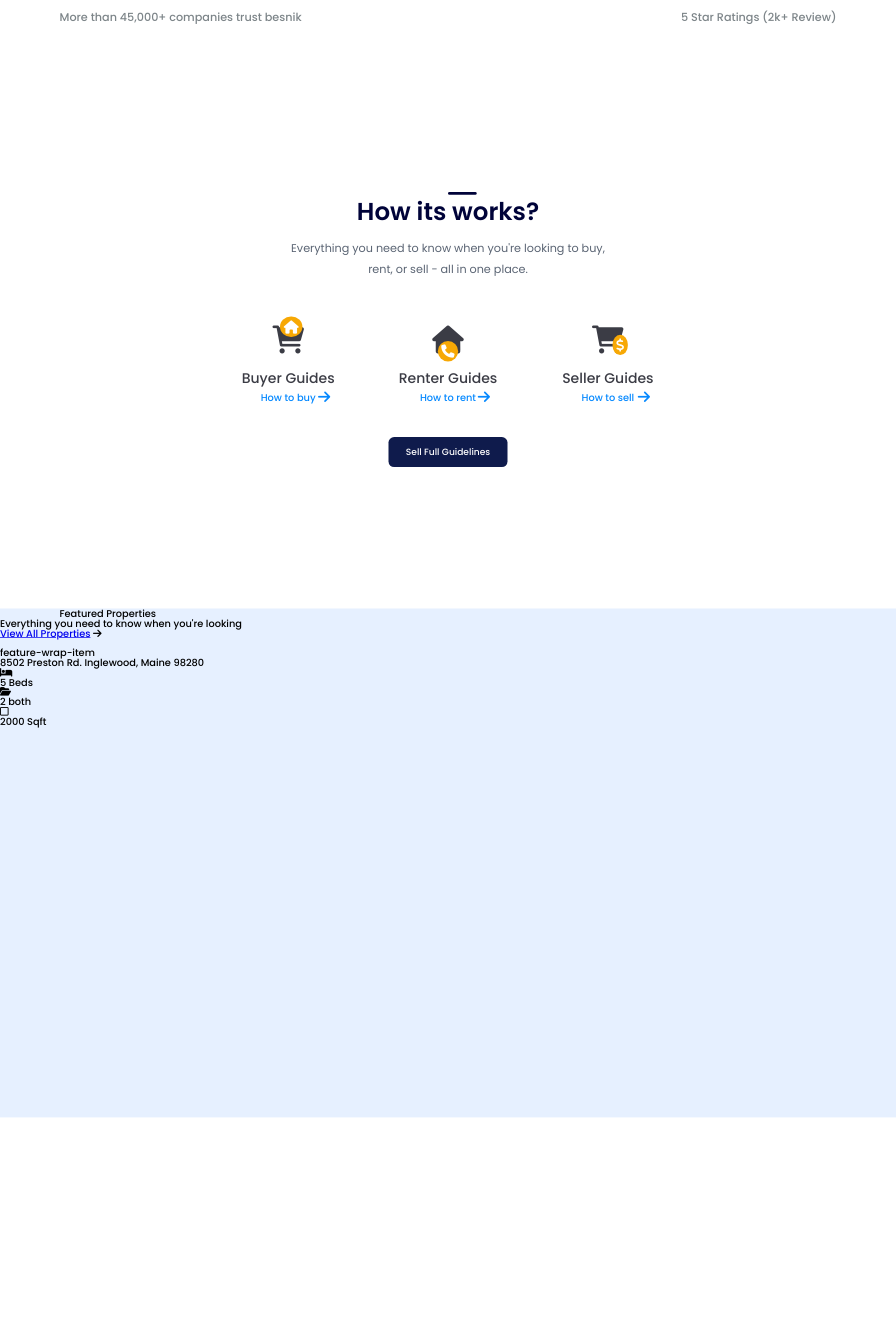
Repository: kauittt/f8-htmlcss-01
Page: index.html
These files come from the project's save history. The page is drawn as it stood at one moment and after the next save; the edit follows.
The browser window is 1280 px wide. The pictures show the part of the page from y = 886 to 2806 px (the page is 2911 px tall), at 70% of full size.

Above is the page before, as saved 2023-01-01 10:27:10.

### index.html
<!DOCTYPE html>
<html lang="en">
    <head>
        <meta charset="UTF-8" />
        <meta http-equiv="X-UA-Compatible" content="IE=edge" />
        <meta name="viewport" content="width=device-width, initial-scale=1.0" />
        <title>F8-PROJECT-01</title>
        <link rel="preconnect" href="https://cdnjs.cloudflare.com" />
        <link
            rel="stylesheet"
            href="https://cdnjs.cloudflare.com/ajax/libs/font-awesome/6.2.1/css/all.min.css"
        />
        <link rel="stylesheet" href="./assets/css/reset.css" />
        <link rel="stylesheet" href="./assets/fonts/stylesheet.css" />
        <link rel="stylesheet" href="./assets/css/styles.css" />
    </head>
    <body>
        <header id="header" class="colored">
            <div class="content">
                <div class="header-nav">
                    <p class="logo">Bensnik.</p>
                    <ul class="header-nav-list">
                        <li class="header-nav-list__item">Home</li>
                        <li class="header-nav-list__item">Features</li>
                        <li class="header-nav-list__item">Services</li>
                        <li class="header-nav-list__item">Resources</li>
                        <li class="header-nav-list__item">Contact</li>
                    </ul>

                    <div class="header-nav-account">
                        <p class="header-nav-account__general">Sign in</p>
                        <p class="header-nav-account__general btn">Sign up</p>
                    </div>
                </div>

                <div class="header-about">
                    <p class="header-about__welcome">
                        Welcome to Bensnik Agency
                    </p>
                    <h1 class="header-about__heading">
                        Discover a place you'll love to live
                    </h1>
                    <p class="header-about__desc">
                        Get the best real estate deals first, before they hit
                        the mass market! hot foreclosure deals with one simple
                        search
                    </p>
                    <p class="header-about__link btn">More About Us</p>
                </div>
            </div>
        </header>

        <div id="client">
            <div class="content">
                <div class="client-infor">
                    <p class="logo">Bensnik.</p>
                    <div class="client-infor-wrap">
                        <i class="fa-solid fa-star client-infor-wrap__item"></i>
                        <i class="fa-solid fa-star client-infor-wrap__item"></i>
                        <i class="fa-solid fa-star client-infor-wrap__item"></i>
                        <i class="fa-solid fa-star client-infor-wrap__item"></i>
                        <i class="fa-solid fa-star client-infor-wrap__item"></i>
                    </div>
                </div>
                <div class="client-infor">
                    <p class="client-infor__text">
                        More than 45,000+ companies trust besnik
                    </p>
                    <p class="client-infor__text">
                        5 Star Ratings (2k+ Review)
                    </p>
                </div>

                <div class="client-logo">
                    <img src="" alt="" />
                </div>
            </div>
        </div>

        <div id="desc">
            <div class="small-content desc-wrap">
                <div class="desc-heading">
                    <h2 class="desc-heading__title">How its works?</h2>
                    <p class="desc-heading__text">
                        Everything you need to know when you're looking to buy,
                        rent, or sell - all in one place.
                    </p>
                </div>

                <div class="desc-guide">
                    <div class="desc-guide-item">
                        <i
                            class="desc-guide-item__icon fa-solid fa-cart-shopping"
                        >
                        </i>
                        <i
                            class="desc-guide-item__childIcon desc-guide-item__childIcon--topCenter fa-solid fa-house"
                        ></i>
                        <p class="desc-guide-item__name">Buyer Guides</p>
                        <p class="desc-guide-item__instruc">
                            How to buy
                            <i
                                class="desc-guide-item__instruc__icon fa-solid fa-arrow-right"
                            ></i>
                        </p>
                    </div>
                    <div class="desc-guide-item">
                        <i
                            class="desc-guide-item__icon fa-solid fa-house"
                        ></i>
                        <i class="desc-guide-item__childIcon desc-guide-item__childIcon--bottomCenter fa-solid fa-phone"></i>
                        </i>
                        <p class="desc-guide-item__name">Renter Guides</p>
                        <p class="desc-guide-item__instruc">
                            How to rent
                            <i
                                class="desc-guide-item__instruc__icon fa-solid fa-arrow-right"
                            ></i>
                        </p>
                    </div>
                    <div class="desc-guide-item">
                        <i
                            class="desc-guide-item__icon fa-solid fa-cart-shopping"
                        >
                        </i>
                        <i class="desc-guide-item__childIcon item__childIcon--bottomRight fa-solid fa-dollar-sign"></i>

                        <p class="desc-guide-item__name">Seller Guides</p>
                        <p class="desc-guide-item__instruc">
                            How to sell
                            <i
                                class="desc-guide-item__instruc__icon fa-solid fa-arrow-right"
                            ></i>
                        </p>
                    </div>
                </div>

                <p class="desc__link btn">Sell Full Guidelines</p>
            </div>
        </div>

        <div id="feature" class="colored">
            <div class="content">
                <h2 class="feature__heading">Featured Properties</h2>
            </div>

            <div class="feature-more">
                <p class="feature-more__desc">
                    Everything you need to know when you're looking
                </p>

                <a href="#!" class="feature-more__link">View All Properties</a>
                <i
                    class="fa-solid fa-arrow-right"
                ></i>
            </div>

            <div class="feature-wrap">
                <div class="feature-wrap-item">
                    <img src="" alt="" class="feature-wrap-item__img">
                    <p class="feature-wrap-item__title">feature-wrap-item</p>
                    <p class="feature-wrap-item__text">8502 Preston Rd. Inglewood, Maine 98280</p>
                    <div class="feature-wrap-item-desc">
                        <i class="feature-wrap-item-desc__icon fa-solid fa-bed"></i>
                        <p class="feature-wrap-item-desc__text">5 Beds</p>

                        <i class="feature-wrap-item-desc__icon fa-solid fa-folder-open"></i>
                        <p class="feature-wrap-item-desc__text">2 both</p>

                        <i class="feature-wrap-item-desc__icon fa-regular fa-square"></i>
                        <p class="feature-wrap-item-desc__text">2000 Sqft</p>
                    </div>
                </div>
            </div>
        </div>

        <div id="news">
            <div class="content"></div>
        </div>

        <footer id="footer">
            <div class="content">
                <div class="nav"></div>
            </div>
        </footer>

        <script src="./assets/js/basic.js"></script>
    </body>
</html>

### assets/css/reset.css
html,
body,
div,
span,
applet,
object,
iframe,
h1,
h2,
h3,
h4,
h5,
h6,
p,
blockquote,
pre,
a,
abbr,
acronym,
address,
big,
cite,
code,
del,
dfn,
em,
img,
ins,
kbd,
q,
s,
samp,
small,
strike,
strong,
sub,
sup,
tt,
var,
b,
u,
i,
center,
dl,
dt,
dd,
ol,
ul,
li,
fieldset,
form,
label,
legend,
table,
caption,
tbody,
tfoot,
thead,
tr,
th,
td,
article,
aside,
canvas,
details,
embed,
figure,
figcaption,
footer,
header,
hgroup,
menu,
nav,
output,
ruby,
section,
summary,
time,
mark,
audio,
video {
    margin: 0;
    padding: 0;
    border: 0;
    font-size: 100%;
    font: inherit;
    vertical-align: baseline;
}
article,
aside,
details,
figcaption,
figure,
footer,
header,
hgroup,
menu,
nav,
section {
    display: block;
}
body {
    line-height: 1;
}
ol,
ul {
    list-style: none;
}
blockquote,
q {
    quotes: none;
}
blockquote:before,
blockquote:after,
q:before,
q:after {
    content: "";
    content: none;
}
table {
    border-collapse: collapse;
    border-spacing: 0;
}

### assets/fonts/stylesheet.css
@font-face {
    font-family: "Poppins";
    src: url("Poppins/Poppins-Bold.woff2") format("woff2"),
        url("Poppins/Poppins-Bold.woff") format("woff");
    font-weight: bold;
    font-style: normal;
    font-display: swap;
}

@font-face {
    font-family: "Poppins";
    src: url("Poppins/Poppins-Black.woff2") format("woff2"),
        url("Poppins/Poppins-Black.woff") format("woff");
    font-weight: 900;
    font-style: normal;
    font-display: swap;
}

@font-face {
    font-family: "Poppins";
    src: url("Poppins/Poppins-BlackItalic.woff2") format("woff2"),
        url("Poppins/Poppins-BlackItalic.woff") format("woff");
    font-weight: 900;
    font-style: italic;
    font-display: swap;
}

@font-face {
    font-family: "Poppins";
    src: url("Poppins/Poppins-BoldItalic.woff2") format("woff2"),
        url("Poppins/Poppins-BoldItalic.woff") format("woff");
    font-weight: bold;
    font-style: italic;
    font-display: swap;
}

@font-face {
    font-family: "Poppins";
    src: url("Poppins/Poppins-ExtraBold.woff2") format("woff2"),
        url("Poppins/Poppins-ExtraBold.woff") format("woff");
    font-weight: bold;
    font-style: normal;
    font-display: swap;
}

@font-face {
    font-family: "Poppins";
    src: url("Poppins/Poppins-ExtraBoldItalic.woff2") format("woff2"),
        url("Poppins/Poppins-ExtraBoldItalic.woff") format("woff");
    font-weight: bold;
    font-style: italic;
    font-display: swap;
}

@font-face {
    font-family: "Poppins";
    src: url("Poppins/Poppins-ExtraLight.woff2") format("woff2"),
        url("Poppins/Poppins-ExtraLight.woff") format("woff");
    font-weight: 200;
    font-style: normal;
    font-display: swap;
}

@font-face {
    font-family: "Poppins";
    src: url("Poppins/Poppins-ExtraLightItalic.woff2") format("woff2"),
        url("Poppins/Poppins-ExtraLightItalic.woff") format("woff");
    font-weight: 200;
    font-style: italic;
    font-display: swap;
}

@font-face {
    font-family: "Poppins";
    src: url("Poppins/Poppins-Italic.woff2") format("woff2"),
        url("Poppins/Poppins-Italic.woff") format("woff");
    font-weight: normal;
    font-style: italic;
    font-display: swap;
}

@font-face {
    font-family: "Poppins";
    src: url("Poppins/Poppins-Light.woff2") format("woff2"),
        url("Poppins/Poppins-Light.woff") format("woff");
    font-weight: 300;
    font-style: normal;
    font-display: swap;
}

@font-face {
    font-family: "Poppins";
    src: url("Poppins/Poppins-LightItalic.woff2") format("woff2"),
        url("Poppins/Poppins-LightItalic.woff") format("woff");
    font-weight: 300;
    font-style: italic;
    font-display: swap;
}

@font-face {
    font-family: "Poppins";
    src: url("Poppins/Poppins-Medium.woff2") format("woff2"),
        url("Poppins/Poppins-Medium.woff") format("woff");
    font-weight: 500;
    font-style: normal;
    font-display: swap;
}

@font-face {
    font-family: "Poppins";
    src: url("Poppins/Poppins-MediumItalic.woff2") format("woff2"),
        url("Poppins/Poppins-MediumItalic.woff") format("woff");
    font-weight: 500;
    font-style: italic;
    font-display: swap;
}

@font-face {
    font-family: "Poppins";
    src: url("Poppins/Poppins-Regular.woff2") format("woff2"),
        url("Poppins/Poppins-Regular.woff") format("woff");
    font-weight: normal;
    font-style: normal;
    font-display: swap;
}

@font-face {
    font-family: "Poppins";
    src: url("Poppins/Poppins-SemiBold.woff2") format("woff2"),
        url("Poppins/Poppins-SemiBold.woff") format("woff");
    font-weight: 600;
    font-style: normal;
    font-display: swap;
}

@font-face {
    font-family: "Poppins";
    src: url("Poppins/Poppins-SemiBoldItalic.woff2") format("woff2"),
        url("Poppins/Poppins-SemiBoldItalic.woff") format("woff");
    font-weight: 600;
    font-style: italic;
    font-display: swap;
}

@font-face {
    font-family: "Poppins";
    src: url("Poppins/Poppins-Thin.woff2") format("woff2"),
        url("Poppins/Poppins-Thin.woff") format("woff");
    font-weight: 100;
    font-style: normal;
    font-display: swap;
}

@font-face {
    font-family: "Poppins";
    src: url("Poppins/Poppins-ThinItalic.woff2") format("woff2"),
        url("Poppins/Poppins-ThinItalic.woff") format("woff");
    font-weight: 100;
    font-style: italic;
    font-display: swap;
}

### assets/css/styles.css
/*! COMMON */
* {
    box-sizing: border-box;
}

html {
    font-size: 62.5%;
}

body {
    font-family: "Poppins", sans-serif;
    font-size: 1.4rem;
    font-weight: 500;
    display: flex;
    flex-direction: column;
}

:root {
    --main-color: #e6f0ff;
}

.colored {
    background-color: var(--main-color);
}

.content {
    max-width: 111rem;
    margin: 0 auto;
}

.small-content {
    max-width: 68.5rem;
    margin: 0 auto;
}

.logo {
    color: #000228;
    font-weight: 600;
    font-size: 3rem;
}

/*! HEADER */
#header {
    height: 73.6rem;
}

.header-nav {
    display: flex;
    margin-top: 38px;
    height: 4rem;
    justify-content: space-between;
    align-items: center;
}

.header-nav-list {
    display: flex;
    margin-left: -206px;
}

.header-nav-list__item {
    color: #4f5361;
}

.header-nav-list__item + .header-nav-list__item {
    margin-left: 28px;
}

.header-nav-account {
    display: flex;
}

.header-nav-account__general {
    padding: 10px 20px;
    color: #0f1b4c;
}

/*! BUTTONN */
.btn {
    display: inline-block;
    border-radius: 8px;
    color: #fff;
    background-color: #0f1b4c;
    align-items: center;
}
/*!  */

.header-about {
    margin-top: 138px;
    max-width: 55.9rem;
}

.header-about__welcome {
    font-size: 1.8rem;
    color: #687690;
}

.header-about__heading {
    font-size: 6.4rem;
    font-weight: 700;
    line-height: 7.6rem;
    margin: 8px 0 30px 0;
    color: #000336;
}

.header-about__desc {
    font-size: 1.8rem;
    line-height: 3.2rem;
    font-weight: 400;
    color: #5a6473;
}

.header-about__link {
    font-size: 1.3rem;
    padding: 15px 38px;
    margin-top: 40px;
}

/*! LOGO */
#client {
    height: 31.2rem;
    margin-top: 122px;
}

.client-infor {
    display: flex;
    justify-content: space-between;
    align-items: center;
}

.client-infor + .client-infor {
    margin-top: 15px;
}

.client-infor-wrap__item {
    display: inline-block;
    width: 2.03rem;
    height: 1.885rem;
    color: #ffca56;
    line-height: 3rem;
}

.client-infor__text {
    font-size: 1.6rem;
    color: #7d8589;
}

.client-logo {
}

/*! DESCRIPTION */
#desc {
    height: 58.5rem;
}

.desc-wrap {
    text-align: center;
}

.desc-heading {
    max-width: 45rem;
    margin: 0 auto;
    display: flex;
    flex-direction: column;
}

.desc-heading__title {
    font-size: 3.5rem;
    font-weight: 600;
    color: #000339;
    position: relative;
}

.desc-heading__title::before {
    content: "";
    display: block;
    position: absolute;

    width: 4.1rem;
    height: 0.4rem;
    background-color: #000339;

    left: 50%;
    top: -1rem;
    transform: t ranslateX(-50%);
    border-radius: 8px;
}

.desc-heading__text {
    font-size: 1.6rem;
    font-weight: 400;
    line-height: 3rem;
    margin-top: 2rem;
    color: #5a6473;
}

.desc-guide {
    display: flex;
    margin-top: 65px;
    margin-bottom: 50px;
}

.desc-guide-item {
    width: calc(100% / 3);
    position: relative;
}

.desc-guide-item__icon {
    color: #3b3c45;
    font-size: 4rem;
}

.desc-guide-item__childIcon {
    position: absolute;
    font-size: 1.9rem;
}

.desc-guide-item__childIcon--topCenter {
    left: 45%;
    top: -1.2rem;
    padding: 0.5rem;
    color: white;
    background: #f7a804;
    border-radius: 50%;
}
.desc-guide-item__childIcon--bottomCenter {
    left: 50%;
    transform: translateX(-50%);
    bottom: 5.8rem;
    padding: 0.5rem;
    color: white;
    background: #f7a804;
    border-radius: 50%;
}
.item__childIcon--bottomRight {
    left: 53%;
    bottom: 67px;
    background: #f7a804;
    color: white;
    padding: 0.5rem;
    border-radius: 50%;
}

.desc-guide-item__name {
    font-size: 2rem;
    color: #3b3c45;
    margin-top: 26px;
    margin-bottom: 10px;
}

.desc-guide-item__instruc {
    font-size: 1.4rem;
    color: #0689ff;
    position: relative;
}

.desc-guide-item__instruc__icon {
    position: absolute;
    font-size: 2rem;
    top: 50%;
    transform: translateY(-50%);
    right: 5.4rem;
}

.desc__link {
    padding: 15px 25px;
    font-size: 1.3rem;
}

/*! FEATURE */
#feature {
    height: 72.7rem;
}

/*! NEWS */
#new {
    height: 40.9rem;
}

/*! FOOTER */
#footer {
    height: 42.9rem;
}

Loaded but not shown: assets/js/basic.js (no copy from this time; the picture is the same without it)

After the next save:
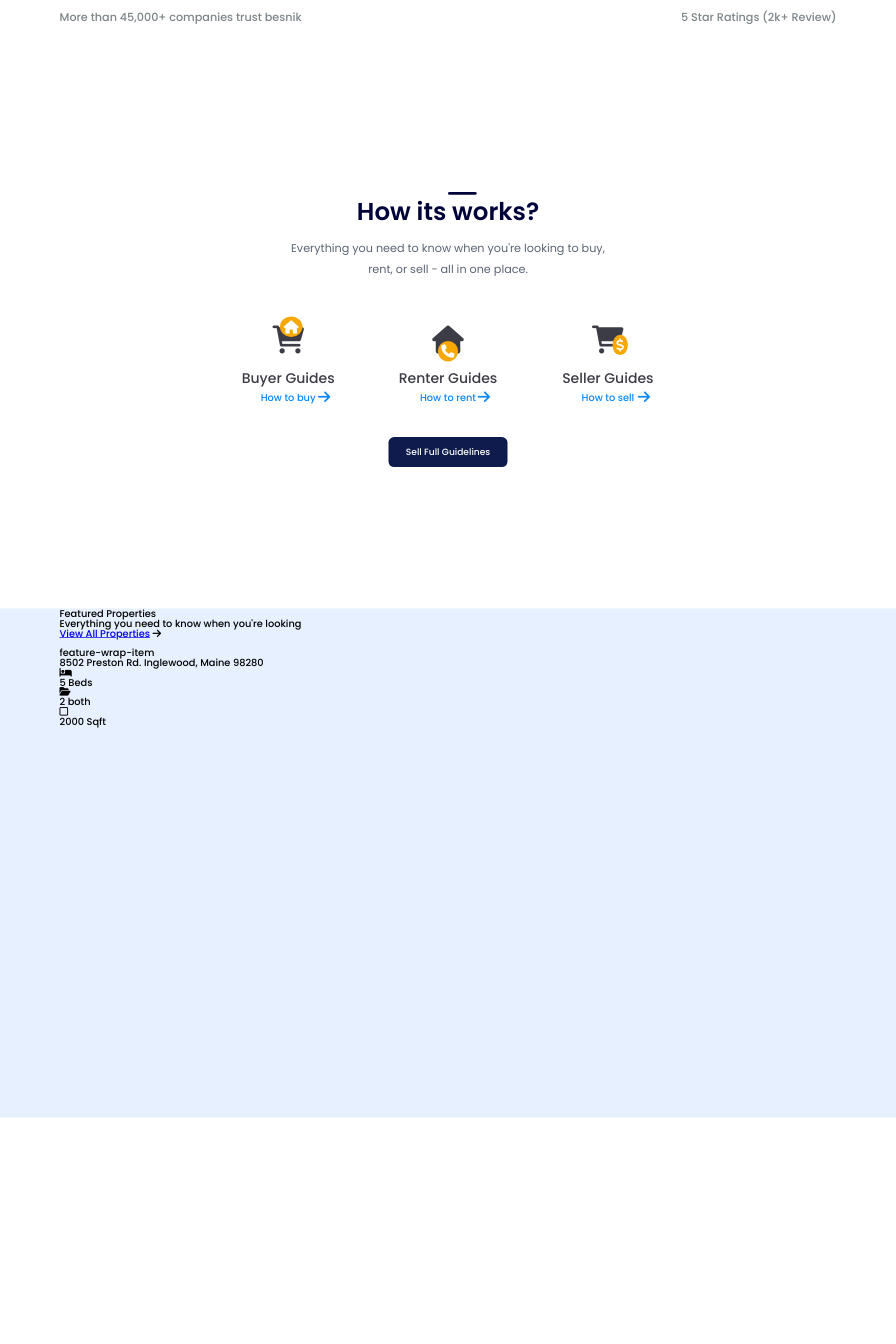
Saved 47 s later.
--- a/index.html
+++ b/index.html
@@ -142,36 +142,38 @@
         <div id="feature" class="colored">
             <div class="content">
                 <h2 class="feature__heading">Featured Properties</h2>
-            </div>
 
-            <div class="feature-more">
-                <p class="feature-more__desc">
-                    Everything you need to know when you're looking
-                </p>
+                <div class="feature-more">
+                    <p class="feature-more__desc">
+                        Everything you need to know when you're looking
+                    </p>
 
-                <a href="#!" class="feature-more__link">View All Properties</a>
-                <i
-                    class="fa-solid fa-arrow-right"
-                ></i>
-            </div>
+                    <a href="#!" class="feature-more__link">View All Properties</a>
+                    <i
+                        class="fa-solid fa-arrow-right"
+                    ></i>
+                </div>
 
-            <div class="feature-wrap">
-                <div class="feature-wrap-item">
-                    <img src="" alt="" class="feature-wrap-item__img">
-                    <p class="feature-wrap-item__title">feature-wrap-item</p>
-                    <p class="feature-wrap-item__text">8502 Preston Rd. Inglewood, Maine 98280</p>
-                    <div class="feature-wrap-item-desc">
-                        <i class="feature-wrap-item-desc__icon fa-solid fa-bed"></i>
-                        <p class="feature-wrap-item-desc__text">5 Beds</p>
+                <div class="feature-wrap">
+                    <div class="feature-wrap-item">
+                        <img src="" alt="" class="feature-wrap-item__img">
+                        <p class="feature-wrap-item__title">feature-wrap-item</p>
+                        <p class="feature-wrap-item__text">8502 Preston Rd. Inglewood, Maine 98280</p>
+                        <div class="feature-wrap-item-desc">
+                            <i class="feature-wrap-item-desc__icon fa-solid fa-bed"></i>
+                            <p class="feature-wrap-item-desc__text">5 Beds</p>
 
-                        <i class="feature-wrap-item-desc__icon fa-solid fa-folder-open"></i>
-                        <p class="feature-wrap-item-desc__text">2 both</p>
+                            <i class="feature-wrap-item-desc__icon fa-solid fa-folder-open"></i>
+                            <p class="feature-wrap-item-desc__text">2 both</p>
 
-                        <i class="feature-wrap-item-desc__icon fa-regular fa-square"></i>
-                        <p class="feature-wrap-item-desc__text">2000 Sqft</p>
+                            <i class="feature-wrap-item-desc__icon fa-regular fa-square"></i>
+                            <p class="feature-wrap-item-desc__text">2000 Sqft</p>
+                        </div>
                     </div>
                 </div>
             </div>
+
+
         </div>
 
         <div id="news">
